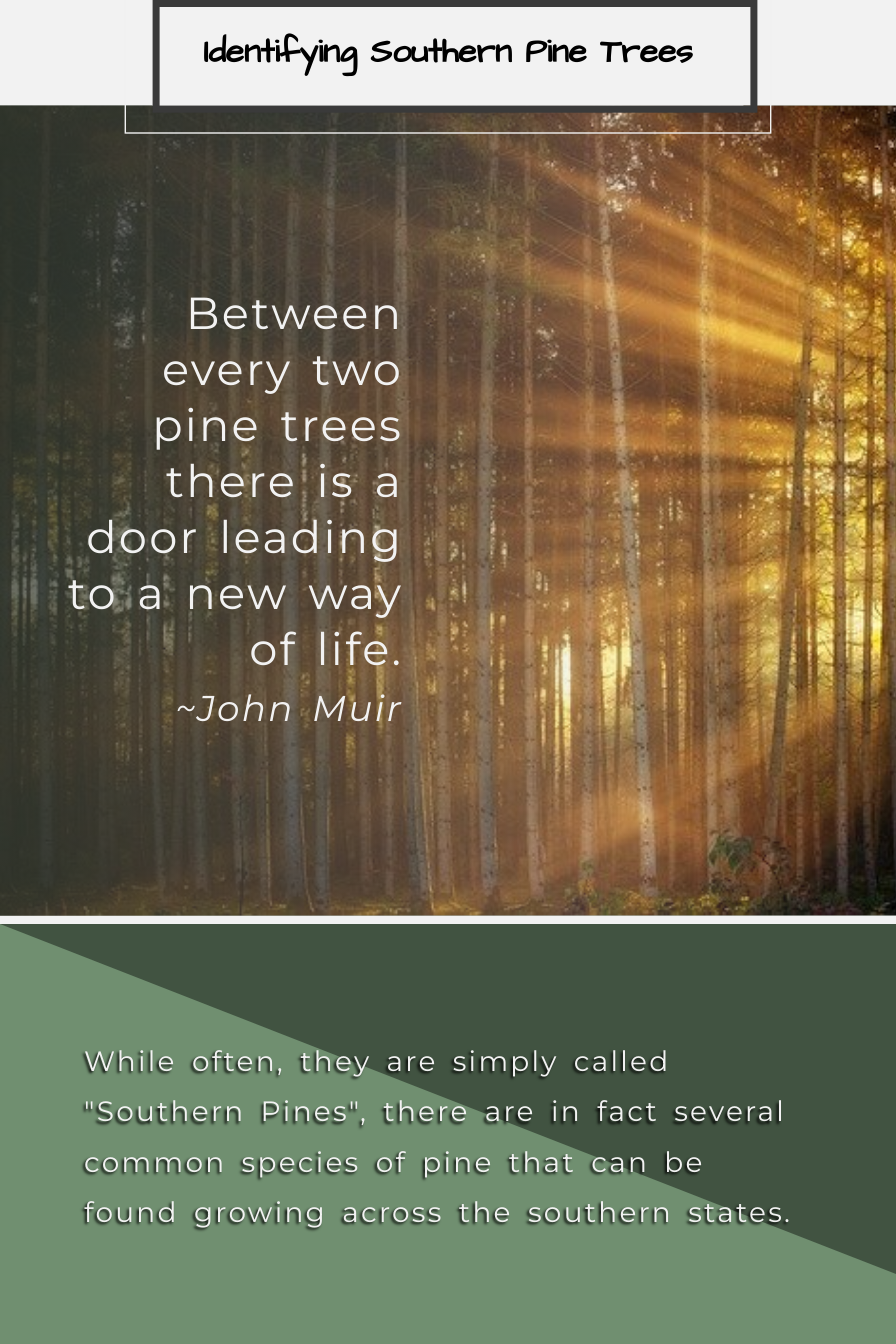
Repository: Sbethm/louisianaPineTrees
Page: pine_main.html
An editor plug-in stored every save of this project. The page is shown before and after a run of saves, followed by the edit.
The browser window is 1280 px wide. The pictures show the part of the page from y = 0 to 1920 px (the page is 2983 px tall), at 70% of full size.
The style sheet was rebuilt from its Sass, Less or Tailwind sources for each picture, by a compiler version that may differ from the author's.

Above is the page before, as saved 2021-09-24 11:05:17.

### pine_main.html
<!DOCTYPE html>
<html lang="en">
<head>
    <meta charset="UTF-8">
    <meta http-equiv="X-UA-Compatible" content="IE=edge">
    <meta name="viewport" content="width=device-width, initial-scale=1.0">
    <link rel="preconnect" href="https://fonts.googleapis.com">
    <link rel="preconnect" href="https://fonts.gstatic.com" crossorigin>
    <link href="https://fonts.googleapis.com/css2?family=Architects+Daughter&family=Montserrat:ital,wght@0,400;0,500;0,700;1,400;1,500;1,700&display=swap" rel="stylesheet">
    <!--
        headerFont: 'Architects Daughter', cursive;
        mainFont: 'Montserrat', sans-serif;
    -->
    <link rel="stylesheet" href="./CSS/main.css">
    <title>Louisiana Pine Trees</title>
</head>
<body>
    <header>
        <!-- <a href="#" class="logo">
            SarahMoosa
        </a> -->
        <h1>Identifying Southern Pine Trees</h1>
    </header>
    <main>
        <div class="hero-container container">
            <div class="hero__background-grad">
                <p class="hero__quote">Between every two pine trees there is a door leading to a new way of life. <br><cite>John Muir</cite></p>
            </div>
        </div>
        <div class="container triangle-bg">
            <div class="triangle-left"></div>
            <div class="triangle-right"></div>
            <p class="call-to-action">While often, they are simply called "Southern Pines", there are in fact several common species of pine that can be found growing across the southern states.
            </p>
        </div>
        <div class="questions-container container">
        </div>
        <div class="results-btn btn">
                <button>Next</button>
        </div>
        <div class="results"></div>

    </main>
    <script src="apps.js"></script>
</body>

### apps.js
const questionsArr = [
    {
        quest: "How many needles are in the bundle?",
        an: {
            a: "1",
            b: "2"
        }
    },
    {
        quest: "Blahasf?",
        an: {
            a: "trw",
            b: "fdb"
        }
    },
    {
        quest: "How many needles are in the bundle?",
        an: {
            a: "1",
            b: "2"
        }
    },
    {
        quest: "How many needles are in the bundle?",
        an: {
            a: "1",
            b: "2"
        }
    },
    {
        quest: "How many needles are in the bundle?",
        an: {
            a: "1",
            b: "2"
        }
    }
];

const questCont = document.querySelector('.questions-container');
const quest = document.querySelector('.question');
const options = document.querySelector('.options');
const nextBtn = document.querySelector('button');

let num = 0;

window.addEventListener('load', () => {

    let questVis = questionsArr[num];
    questCont.innerHTML =
                `<section class="question-wrapper">
                    <div class="question">
                        <p class="question__text">${questVis.quest}</p>
                    </div>
                    <div class="options">
                        <div class="answer"><p>${questVis.an.a}</p></div>
                        <div class="answer"><p>${questVis.an.b}</p></div>
                    </div>
                </section>
                `;

})

nextBtn.addEventListener('click', () => {
    num++;

    let questVis = questionsArr[num];
    questCont.innerHTML =
                `<section class="question-wrapper">
                    <div class="question">
                        <p class="question__text">${questVis.quest}</p>
                    </div>
                    <div class="options">
                        <div class="answer"><p>${questVis.an.a}</p></div>
                        <div class="answer"><p>${questVis.an.b}</p></div>
                    </div>
                </section>
                `;

})

### src/scss/main.scss
@import "./variables", "./mixins", "./normalize";


// ============ GLOBAL STYLES ============
*, *::before, *::after {
    box-sizing: border-box;
}

body {
    margin: 0;
    background-color: $mainColorLi;
}

header {
}

h1{
    position: relative;
    margin: 0 auto;
    padding: 1em 1.5em;
    width: fit-content;
    font-family: $headerFont;
    font-size: 3rem;
    text-align: center;
    background-color: $mainColorLi;
    // border: 20px solid #3a3a3a;


    &::before {
        content: "";
        position: absolute;
        width: 100%;
        height: calc(100% - 10px);
        border: 10px solid #3a3a3a;
        box-sizing: content-box;
        top: 0;
        left: 0;
    }

    &::after {
        content: "";
        position: absolute;
        width: calc(100% + 80px);
        height: calc(100% + 80px);
        border:2px solid #f1f1f1;
        top: -40px;
        left: -40px;
    }
}

p {
    margin: 0;
    padding: 4em 3em;
    font-family: $mainFont;
    font-size: 2.5rem;
    letter-spacing: 0.2rem;
    word-spacing: 0.5rem;
    line-height: 4.5rem;
    color: $mainColorLi;
}

.container {
    background-color: $mainColorDr;
}

// ============ HERO STYLES ============
.hero-container {
    background-image: url(../img/forest-pine.jpg);
    background-repeat: no-repeat;
    background-size: cover;
    border-bottom: 12px solid $mainColorLi;
}

.hero__background-grad {
    background: linear-gradient(90deg, rgba(57,64,53,0.7721463585434174) 0%, rgba(242,242,242,0.19791666666666663) 66%, rgba(242,242,242,0) 100%);
}

.hero__quote {
    padding: 4em 1em;
    width: 50%;
    text-align: right;
    font-size: 4rem;
    line-height: 5rem;
    letter-spacing: 0.2rem;
    word-spacing: 0.5rem;

    & cite {
        font-size: 0.8em;

        &::before {
            content: "~";
        }
    }
}


// ============ CALL-TO-ACTION STYLES ============
.call-to-action {
    border-bottom: 12px solid $mainColorLi;
}

.triangle-bg {
    display: grid;
    grid-template-columns: 100vw;
    grid-template-rows: 100%;
    align-content: center;

    & p {
        grid-row: 1 / 1;
        grid-column: 1 / 1;
        text-shadow: -3px 3px 4px #020202;
    }

    & .triangle-left{
        grid-row: 1 / 1;
        grid-column: 1 / 1;
        border-style: solid;
        border-width: 500px 0 0 100vw;
        border-color: transparent transparent transparent $acColorLi;
    }
}

.questions-container{
    padding: 3em;
    background-color: $mainColorDr;

}

.question-wrapper {
    background-color: $mainColorLi;
    box-shadow: -7px 9px 10px 0px #272626;

    & .question__text {
        padding-bottom: 0;
        font-weight: 700;
        text-align: center;
        color: $acColorLi;
    }
}

.options {
    display: flex;
    flex-direction: row;
    justify-content: center;
}

.answer {
    margin: 6em;
    padding: 0;
    width: fit-content;
    min-width: 150px;
    border-radius: 100px;
    box-shadow: -5px 5px 10px 0px #696767;
    @include transition(all .3s ease);

    & p {
        padding: 1em 2em;
        text-align: center;
        font-weight: 600;
        color: $acColorLi;
    }

    &:hover, :focus {
        background-color: #f8cb6b;
        box-shadow: -5px 5px 10px 0px #696767;
    }
}

.results-btn {
    display: flex;
    justify-content: center;
    background-color: $mainColorDr;
}

button {
    margin: 1em 0 2em 0;
    padding: 1em 3em;
    font-family: $mainFont;
    font-size: 3rem;
    letter-spacing: 0.2rem;
    font-weight: 700;
    color: $acColorLi;
    border-radius: 100px;
    box-shadow: -7px 9px 10px 0px #272626;
}




//This code was used to cause grid items to over lap. It worked very well, but I think it is unnecessary and bulkier code than I need for the result that I want.
// .intro-container {
//     display: grid;
//     grid-template-columns: 50% 50%;
//     grid-auto-rows: 100%;

//     & img {
//         grid-column: 1/3;
//         grid-row: 1;
//         display: inline;
//         max-width: 100%;
//         z-index: 1;
//     }

//     & .quote {
//         grid-column: 2/3;
//         grid-row: 1;
//         align-self: center;
//         z-index: 9;
//     }
// }

### src/scss/_variables.scss
//COLORS
$mainColorDr: hsl(120, 12%, 29%);
$mainColorLi: hsl(0, 0%, 95%);
$acColorLi: hsl(120, 12%, 50%);
$acColorDr: hsl(0, 0%, 5%);

//FONTS
$headerFont: 'Architects Daughter', cursive;
$mainFont: 'Montserrat', sans-serif;

### src/scss/_mixins.scss
// ====== Transitions ======

@mixin transition($args...) {
    transition: $args;
}


// ====== Transitions ======
// ====== Transitions ======
// ====== Transitions ======

Loaded but not shown: src/scss/_normalize.scss (common file)

After the next 4 saves:
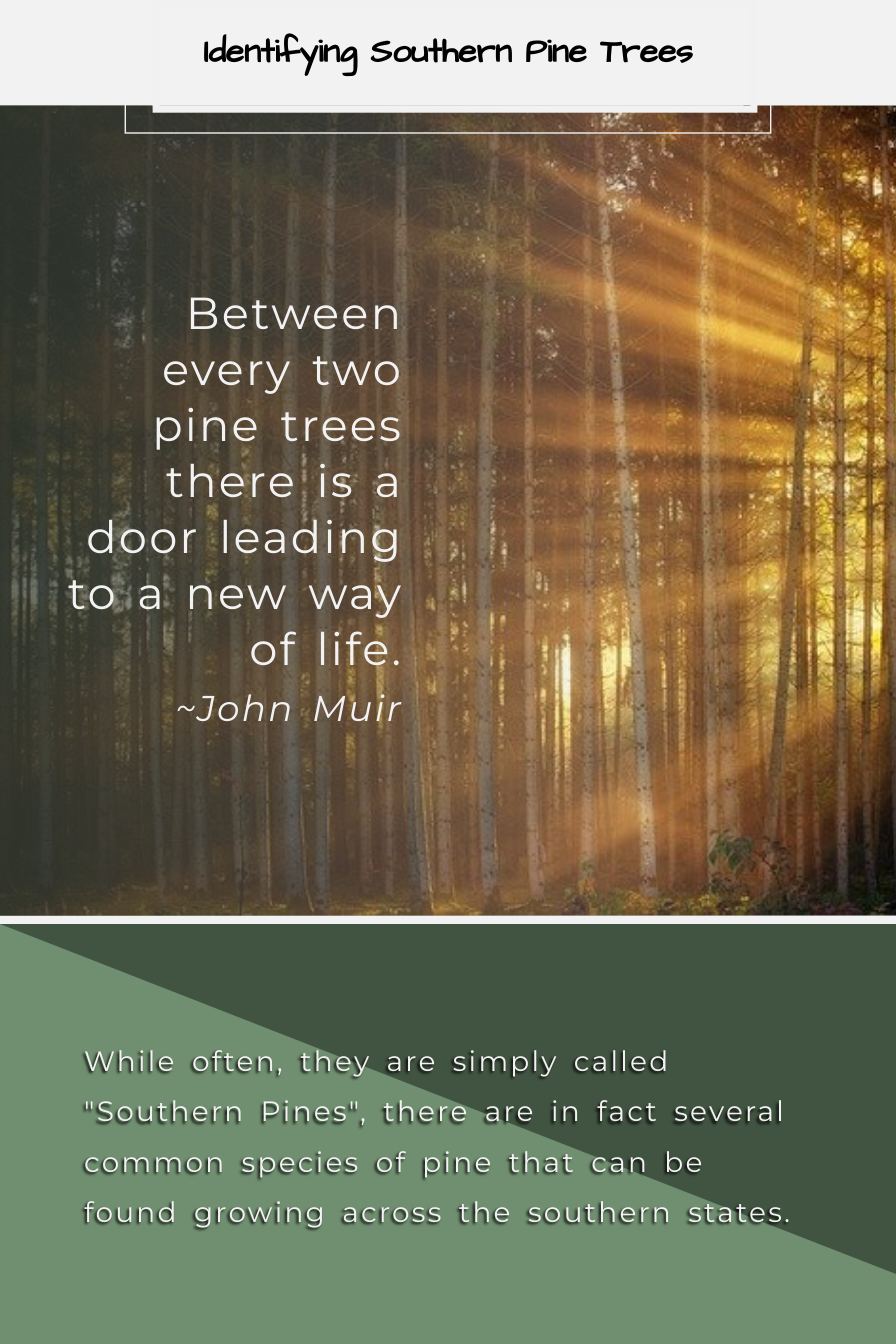
The 4 saves are shown as one change because they came seconds apart.
The last was saved 24 s later.
--- a/src/scss/main.scss
+++ b/src/scss/main.scss
@@ -31,7 +31,7 @@ h1{
         position: absolute;
         width: 100%;
         height: calc(100% - 10px);
-        border: 10px solid #3a3a3a;
+        border: 10px solid #f1f1f1;
         box-sizing: content-box;
         top: 0;
         left: 0;
